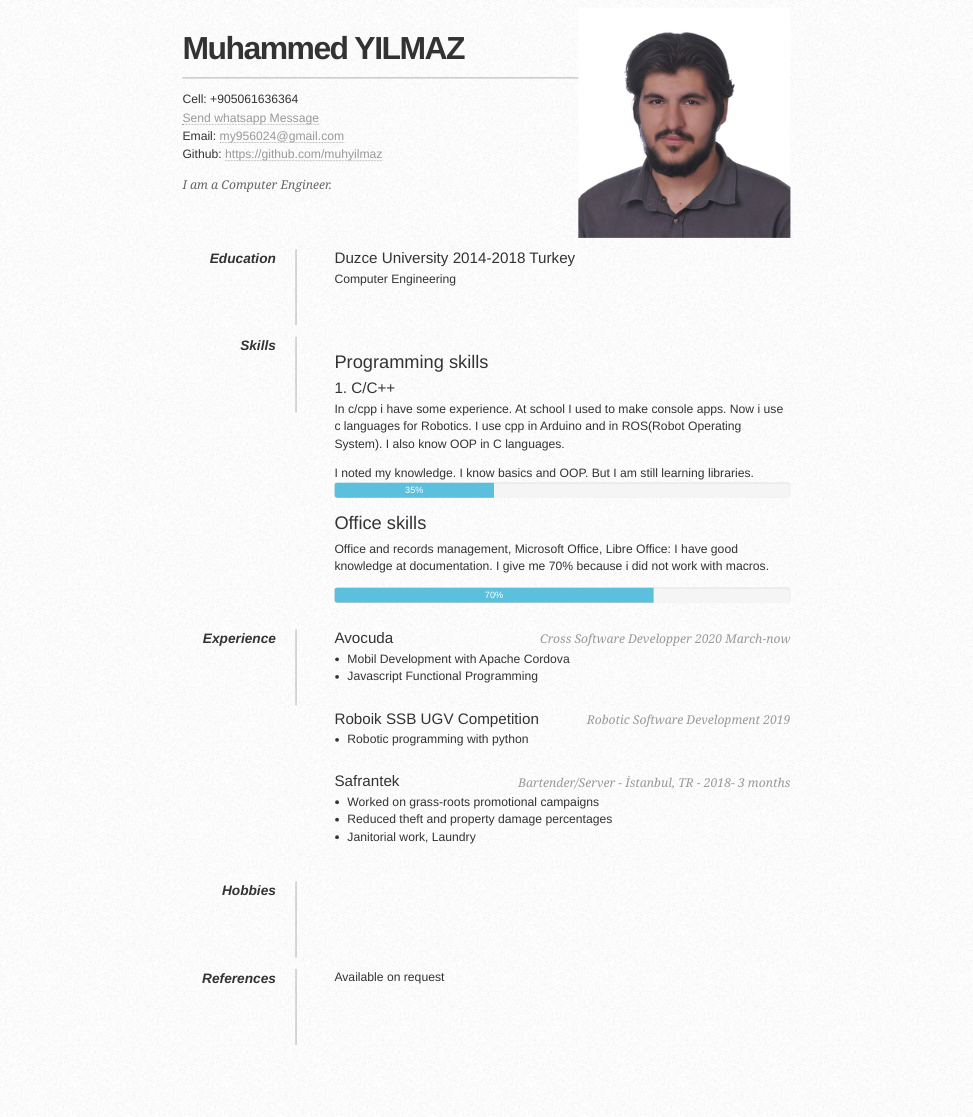
Repository: muhyilmaz/muhyilmaz.github.io
Page: index.html
An editor plug-in stored every save of this project. The page is shown before and after the next save, followed by the edit.
The browser window is 1280 px wide. The pictures show the whole page, at 76% of full size.

Above is the page before, as saved 2020-06-08 18:35:36.

After the next save:
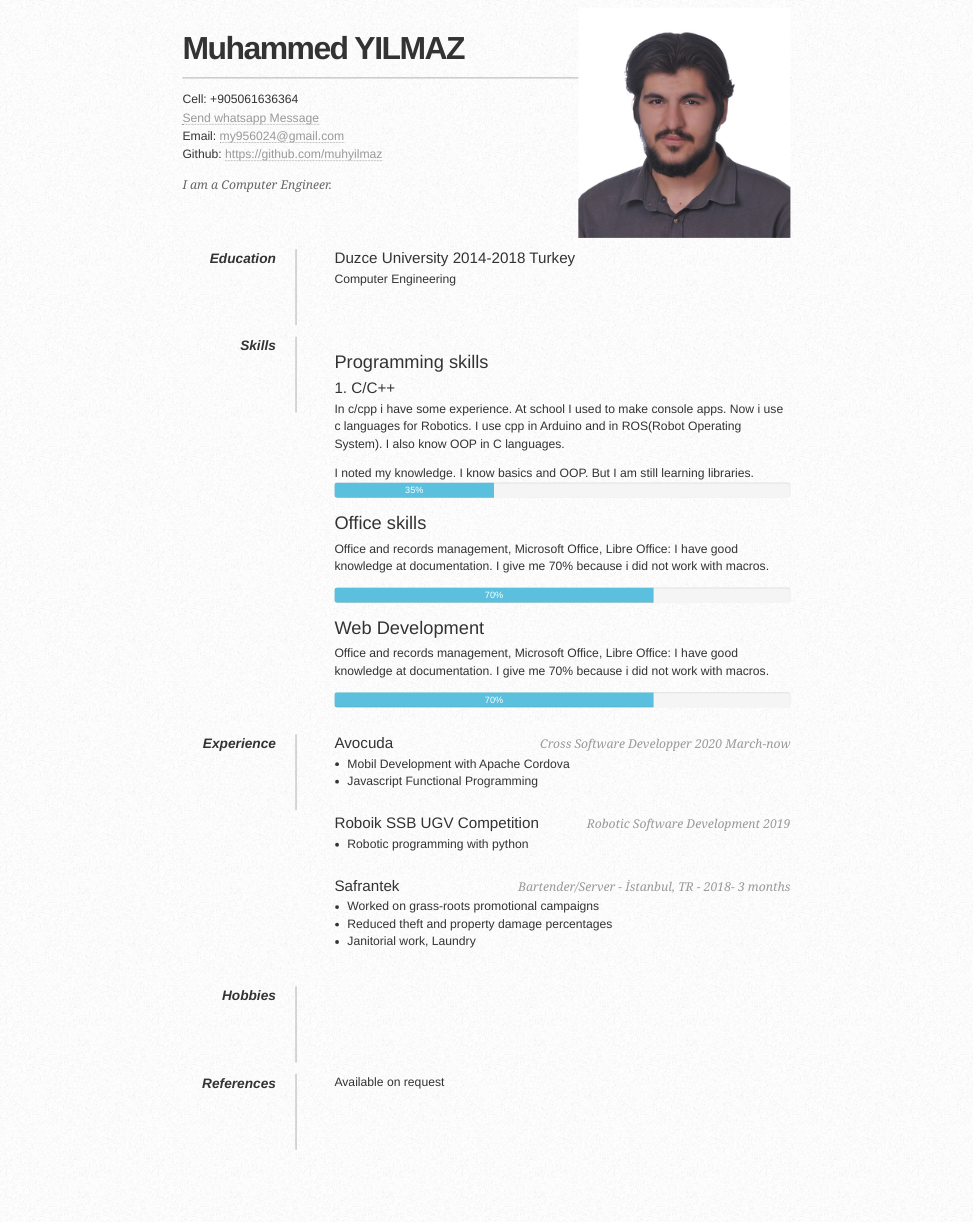
Saved 27 s later.
--- a/index.html
+++ b/index.html
@@ -100,6 +100,14 @@
                         70%
                     </div>
                   </div>
+
+                  <h3>Web Development</h3>
+                <p>Office and records management, Microsoft Office, Libre Office: I have good knowledge at documentation. I give me 70% because i did not work with macros.</p>
+                <div class="progress">
+                    <div class="progress-bar progress-bar-info" role="progressbar" aria-valuenow="60" aria-valuemin="0" aria-valuemax="100" style="width:70%">
+                        70%
+                    </div>
+                  </div>
 			</dd>
 
             <dd class="clear"></dd>
